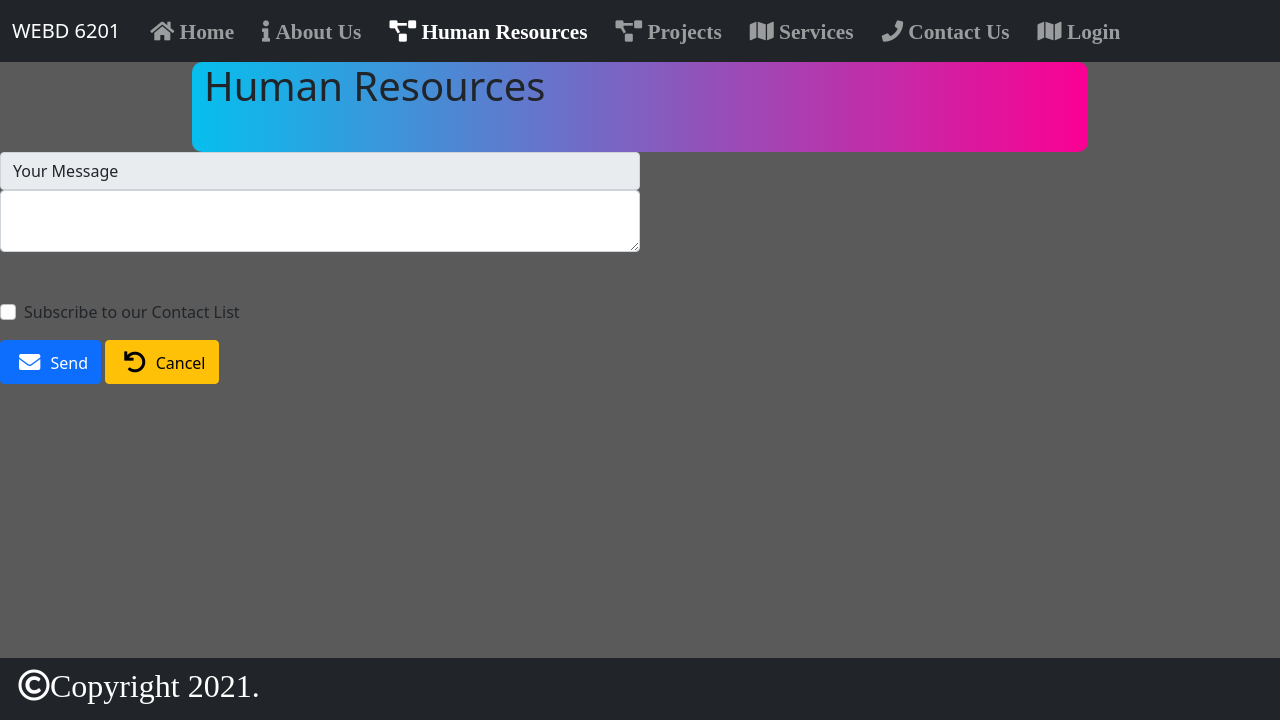
Repository: vans12345678/WEBD6201-W2021-Lab2
Page: human-resources.html
The author's editor kept a copy of each file at every save. The page is drawn from the files as they stood at one save, then again after the next save.
The browser window is 1280 px wide. The pictures show the whole page.

Above is the page before, as saved 2021-03-06 18:44:02.

### human-resources.html
<!--human-resources.html
Name: Andre Agrippa, Michai Pryce
Date: 02/05/2021
-->
<!DOCTYPE html>
<html lang="en">
<head>
    <meta charset="UTF-8">
    <meta name="viewport" content="width=device-width, initial-scale=1.0">
    <title>Human Resources</title>

    <!-- CSS Section -->
    <link rel="stylesheet" href="./node_modules/bootstrap/dist/css/bootstrap.min.css">
    <link rel="stylesheet" href="./node_modules/@fortawesome/fontawesome-free/css/all.min.css">
    <link rel="stylesheet" href="./Content/app.css">
</head>
<body>
  <!-- Main Header -->
    <header>
      <!-- Main Navigation -->
        <nav class="navbar navbar-expand-lg navbar-dark bg-dark">
            <div class="container-fluid">
              <a id ="navHome" class="navbar-brand" href="index.html"></a>
              <button class="navbar-toggler" type="button" data-bs-toggle="collapse" data-bs-target="#navbarSupportedContent" aria-controls="navbarSupportedContent" aria-expanded="false" aria-label="Toggle navigation">
                <span class="navbar-toggler-icon"></span>
              </button>
              <div class="collapse navbar-collapse" id="navbarSupportedContent">
                <ul id = "ulNav" class="navbar-nav me-auto mb-2 mb-lg-0">
                  <li class="nav-item">
                    <a  class="nav-link" aria-current="page" href="index.html"><i id ="navIndex"class = "fas fa-home fa-lg"></i></a>
                  </li>
                  <li class="nav-item" id ="navAbout">
                    <a  class="nav-link " aria-current="page" href="about.html"><i id ="navAboutItem"class = "fas fa-info fa-lg"></i></a>
                  </li>
                  <li class="nav-item">
                    <a  class="nav-link" aria-current="page" href="projects.html"><i id ="navProjects" class ="fas fa-project-diagram fa-lg">Products</i></a>
                  </li>
                  <li class="nav-item">
                    <a  class="nav-link" aria-current="page" href="services.html"><i id ="navServices"class = "fas fa-map fa-lg"></i></a>
                  </li>
                  <li class="nav-item">
                    <a  class="nav-link " aria-current="page" href="contact.html"><i id ="navContact"class = "fas fa-phone fa-lg"></i></a>
                  </li>
                  <li class="nav-item" id="liLogin">
                    <a  class="nav-link " aria-current="page" href="login.html"><i  id ="navLogin" class = "fas fa-map fa-lg"></i></a>
                  </li>
                </ul>
              </div>
            </div>
          </nav>
    </header>
  <!-- Main Contents -->
    <main>
        <h1 class = "container">Human Resources</h1>
        <form class="col-lg-6 col-md-10 col-sm-10">

          <div class=" mb-3">
            <span class="input-group-text">Your Message</span>
            <textarea id="message" class="form-control" aria-label="With textarea" required></textarea>
          </div>

        <div class = "form-check mt-5 mb-3">
          <!-- <span class="input-group-text" id="inputGroup-sizing-default">Subscribe</span> -->
          <input id="subscribeCheckBox" name="subscribeCheckBox"class="form-check-input" type="checkbox" value="">
          <label class="form-check-label" for="flexCheckChecked"> Subscribe to our Contact List</label>
        </div>

          <button id="sendButton" type="submit" class="btn btn-primary"><i class="fas fa-envelope fa-lg"></i> Send</button>
          <button id="cancelButton" type="reset" class="btn btn-warning"><i class="fas fa-undo fa-lg"></i> Cancel</button>
        </form>
    </main>
    <!-- Main Footer -->
    <footer>
      <nav class="navbar fixed-bottom navbar-dark bg-dark">
          <div class="container-fluid">
              <h4><i id = "footer"class="far fa-copyright fa-lg site-footer"></i></h4>
          </div>
        </nav>
  </footer>
    <!-- Script Section -->
    <script src="./node_modules/jquery/dist/jquery.min.js"></script>
    <script src="./node_modules/bootstrap/dist/js/bootstrap.bundle.min.js"></script>
    <script src="./Scripts/namespace.js"></script>
    <script src="./Scripts/user.js"></script>
    <script src="./Scripts/app.js"></script>
</body>
</html>

### Content/app.css
/* custom css goes here */
.Vapor {
    background-image: url('../images/vapor.jpg');
    background-repeat: no-repeat;
    background-attachment: fixed;
    background-size: 100% 100%;
  }
  a {
    color: greenyellow;
  }
  .textFont
  {
    font-family: Arial, Helvetica, sans-serif;
    line-height: 32px;
  }
  body
  {
    background-color: rgb(90, 90, 90);
  }
  h1.container{
    border-radius: 10px;
    width: 70%;
    height: 90px;
    margin: 0px auto;
    background: linear-gradient(90deg,#06bfee,#fb0093)
  }
  h1.projects{
    background-color: white;
  }
  .contact-table{
    width: 100%;
    margin:  50px auto;
    background-color: white;
  }
  .contact-form
  {
    width: 100%;
    margin:  100px auto;
  }
  .warnMessage
  {
    width: 90%;
    margin:  50px;
  }
  .site-footer {
    color:white;
  }
  .formMargin
  {
    margin: 35px 70px;
  }
  .inputMargin
  {
    margin: 5px 10px;
  }
  .formBackground
  {
    background-color: rgba(20, 174, 235, 0.822);
    border: 5px solid rgb(0, 238, 255);

  }
  i{
    margin:7px 6px;
  }

### Scripts/namespace.js
//Namespace core
let core;

### Scripts/user.js
"use strict";
// User Class

((core)=>
{
  class User {
    // getters and setters
    get DisplayName()
    {
      return this.m_displayName;
    }

    set DisplayName(value)
    {
      this.m_displayName = value;
    }

    get EmailAddress()
    {
      return this.m_emailAddress;
    }

    set EmailAddress(value)
    {
      this.m_emailAddress = value;
    }

    get Username()
    {
      return this.m_username;
    }

    set Username(value)
    {
      this.m_username = value;
    }
    get Password()
    {
      return this.m_password;
    }

    set Password(value)
    {
      this.m_password = value;
    }

    // constructor
    /**
     * Creates an instance of user
     * @param {string} displayName
     * @param {string} emailAddress
     * @param {string} username
     * @param {string} password
     */
    constructor(displayName = "", emailAddress = "", username = "", password = "")
    {
      this.DisplayName = displayName;
      this.EmailAddress = emailAddress;
      this.Username = username;
      this.Password = password;

    }

    // methods

    /**
     * This method overrides the built-in toString method for the User class
     *
     * @returns {string}
     */
    toString()
    {
      return `Display Name     : ${this.DisplayName}\nEmail Address : ${this.EmailAddress}\nUser Name : ${this.Username}`;
    }

    /**
     * This method returns a JSON object made up of the properties of the User class
     *
     * @returns {Object}
     */
    toJSON()
    {
      return {
        "DisplayName": this.DisplayName,
        "EmailAddress": this.EmailAddress,
        "Username":this.Username
      }
    }

    /**
     * This method takes a JSON data object and assigns the value to the User class properties
     *
     * @param {Object} data
     */
    fromJSON(data)
    {
      this.DisplayName = data.DisplayName;
      this.EmailAddress = data.EmailAddress;
      this.Username = data.Username;
      this.Password = data.Password;
    }

    /**
     * This method converts the User into a comma-separated value string
     *
     * @returns {string}
     */
    serialize()
    {
      if(this.DisplayName !== "" && this.EmailAddress !== "" && this.Username !== "")
      {
        return `${this.DisplayName},${this.EmailAddress},${this.Username}`;
      }
      else
      {
        console.error("One or more properties of the User is empty");
        return null;
      }
    }

    /**
     * This method takes a comma-separated data string and assigns the values to the User class properties
     *
     * @param {string} data
     * @return {void}
     */
    deserialize(data)
    {
      let propertyArray = data.split(",");
      this.DisplayName = propertyArray[0];
      this.EmailAddress = propertyArray[1];
      this.Username = propertyArray[2];
    }
  }

  core.User = User;

})(core || (core={}));

Loaded but not shown: node_modules/bootstrap/dist/css/bootstrap.min.css (library); node_modules/@fortawesome/fontawesome-free/css/all.min.css (library); node_modules/jquery/dist/jquery.min.js (library); node_modules/bootstrap/dist/js/bootstrap.bundle.min.js (library); Scripts/app.js (639 lines, source omitted)

After the next save:
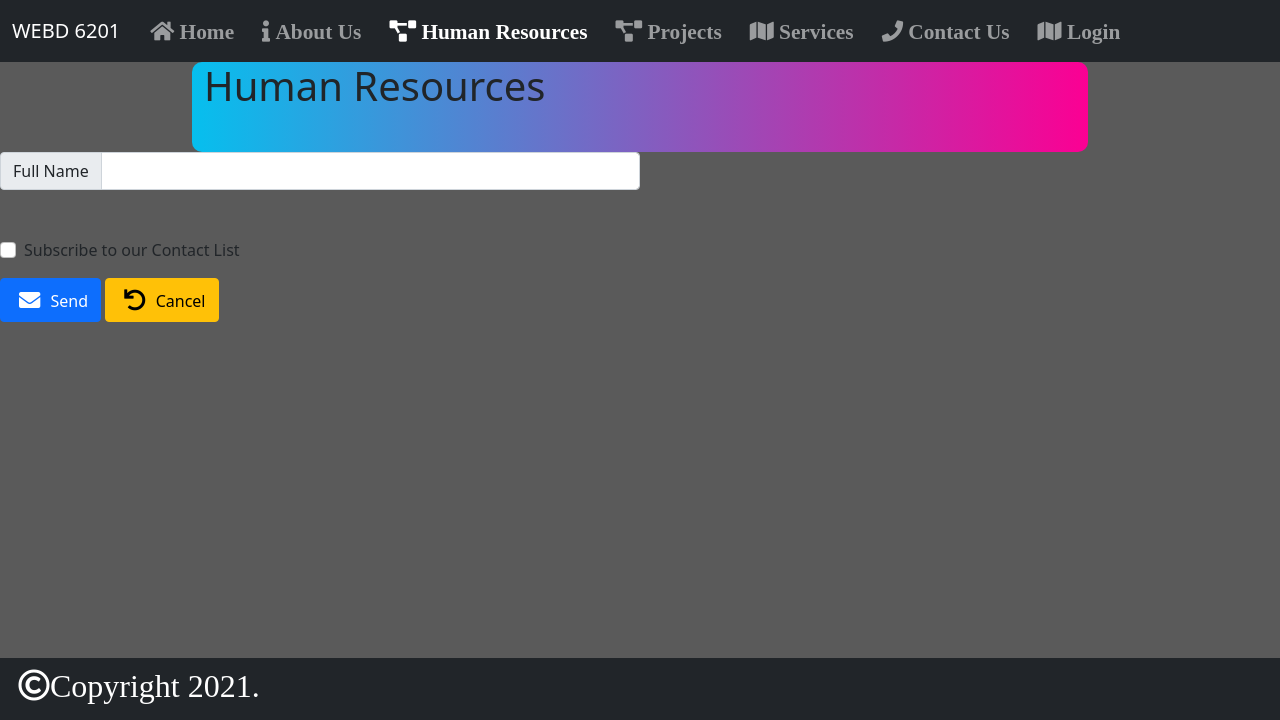
Saved 38 s later.
--- a/human-resources.html
+++ b/human-resources.html
@@ -54,10 +54,13 @@ Date: 02/05/2021
         <h1 class = "container">Human Resources</h1>
         <form class="col-lg-6 col-md-10 col-sm-10">
 
-          <div class=" mb-3">
-            <span class="input-group-text">Your Message</span>
-            <textarea id="message" class="form-control" aria-label="With textarea" required></textarea>
+          <div class="input-group mb-3">
+            <span class="input-group-text" id="inputGroup-sizing-default">Full Name </span>
+            <input id="fullName" type="text" class="form-control" aria-label="Full Name" aria-describedby="Full Name Input"
+            name="fullName" required>
           </div>
+
+
 
         <div class = "form-check mt-5 mb-3">
           <!-- <span class="input-group-text" id="inputGroup-sizing-default">Subscribe</span> -->
